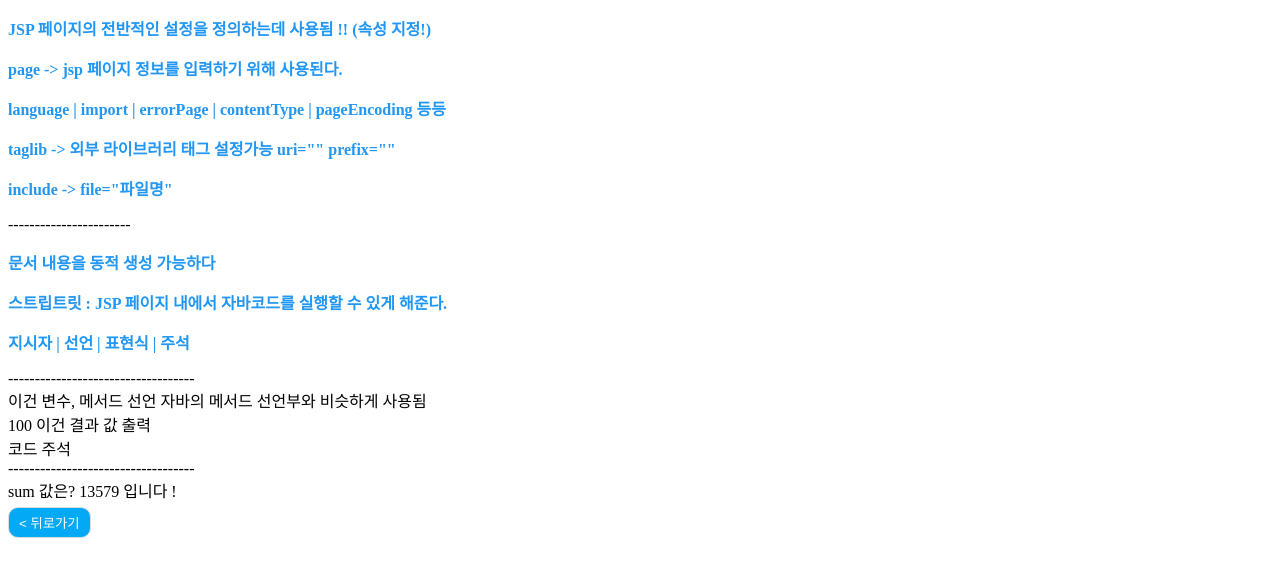
Repository: hyejux/JSP_STUDY
Page: http://localhost/JSPPractice2/JSP_ex2.jsp
The author's editor kept a copy of each file at every save. The page is drawn from the files as they stood at one save, then again after the next save.
The browser window is 1280 px wide. The pictures show the whole page.
The page is served by Tomcat 9.

Above is the page before, as saved 2025-01-07 14:59:54.

After the next save:
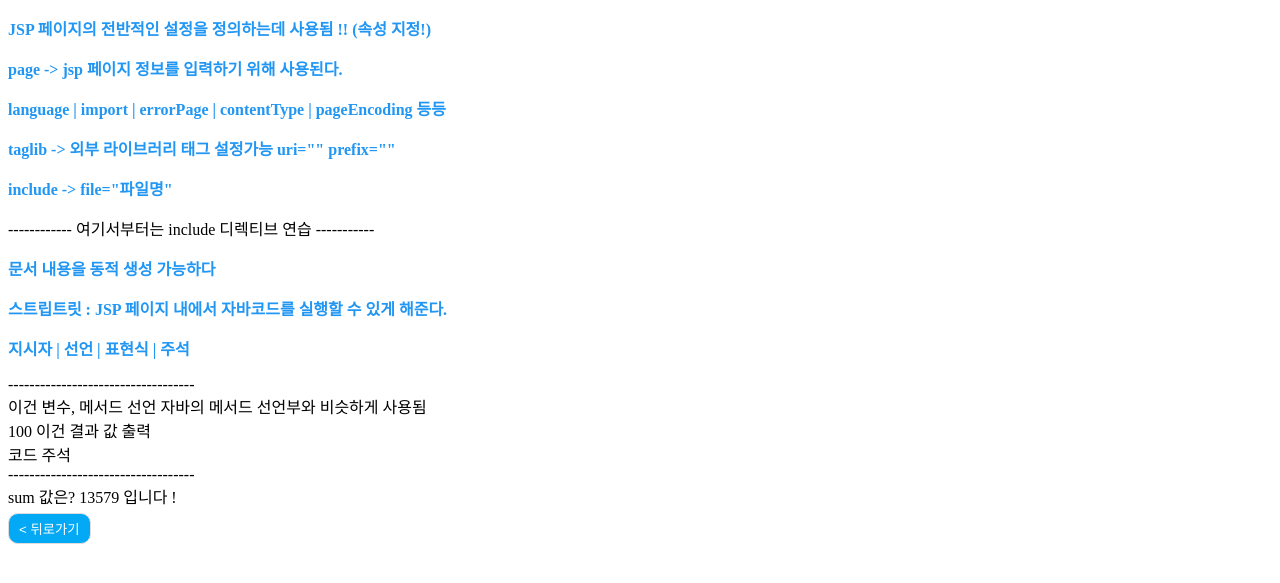
Saved 43 s later.
--- a/JSPPractice2/src/main/webapp/JSP_ex2.jsp
+++ b/JSPPractice2/src/main/webapp/JSP_ex2.jsp
@@ -20,7 +20,7 @@
 </div>
 
 
-<div> ----------------------- </div>
+<div> ------------ 여기서부터는 include 디렉티브 연습 ----------- </div>
 
 
 <%@include file="JSP_ex1.jsp" %>
